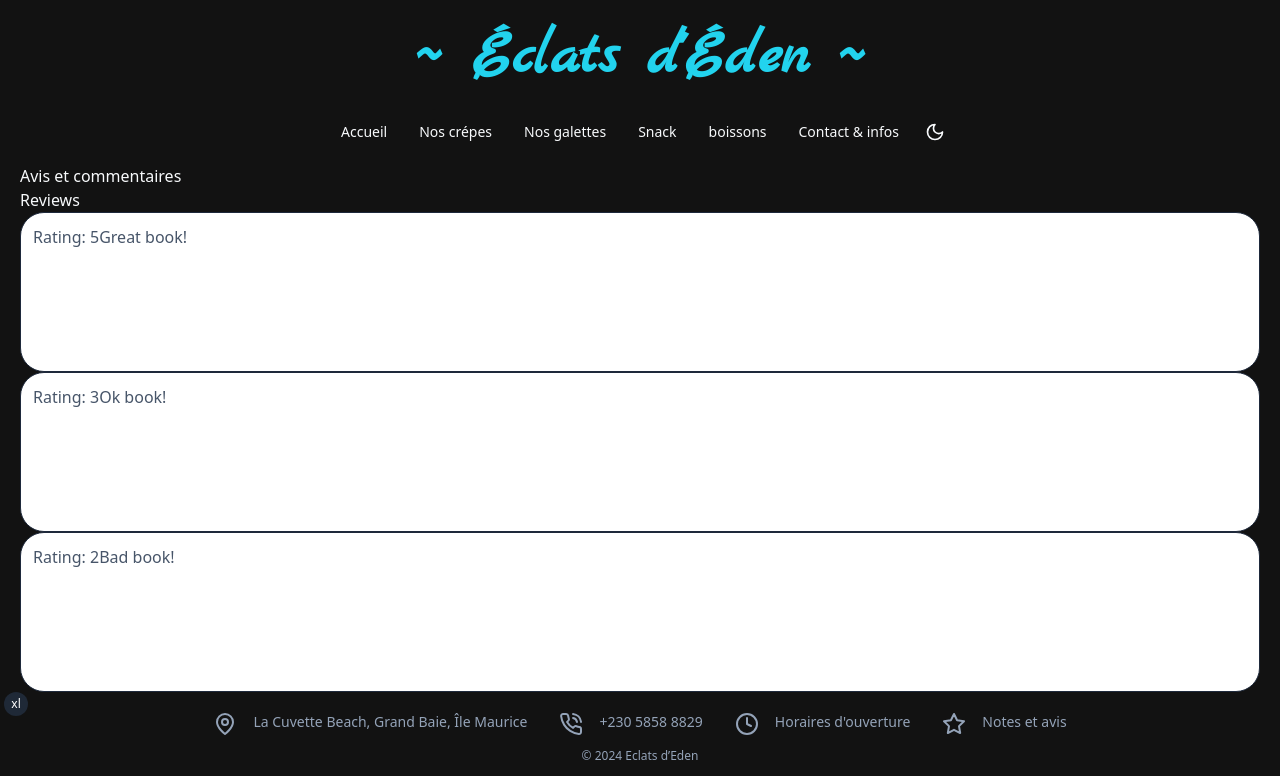
Repository: jeffMauritius/eclats-deden
Page: /reviews
An editor plug-in stored every save of this project. The page is shown before and after the next save, followed by the edit.
The browser window is 1280 px wide. The pictures show the whole page.
The project was rebuilt for these pictures with package versions that can differ from the ones it lists, and the page was loaded fresh each time. The framework's server and built-in components were replaced by stand-ins that run in the browser. Also part of the build but not shown: next.config.mjs.

Above is the page before, as saved 2024-08-13 12:36:54.

After the next save:
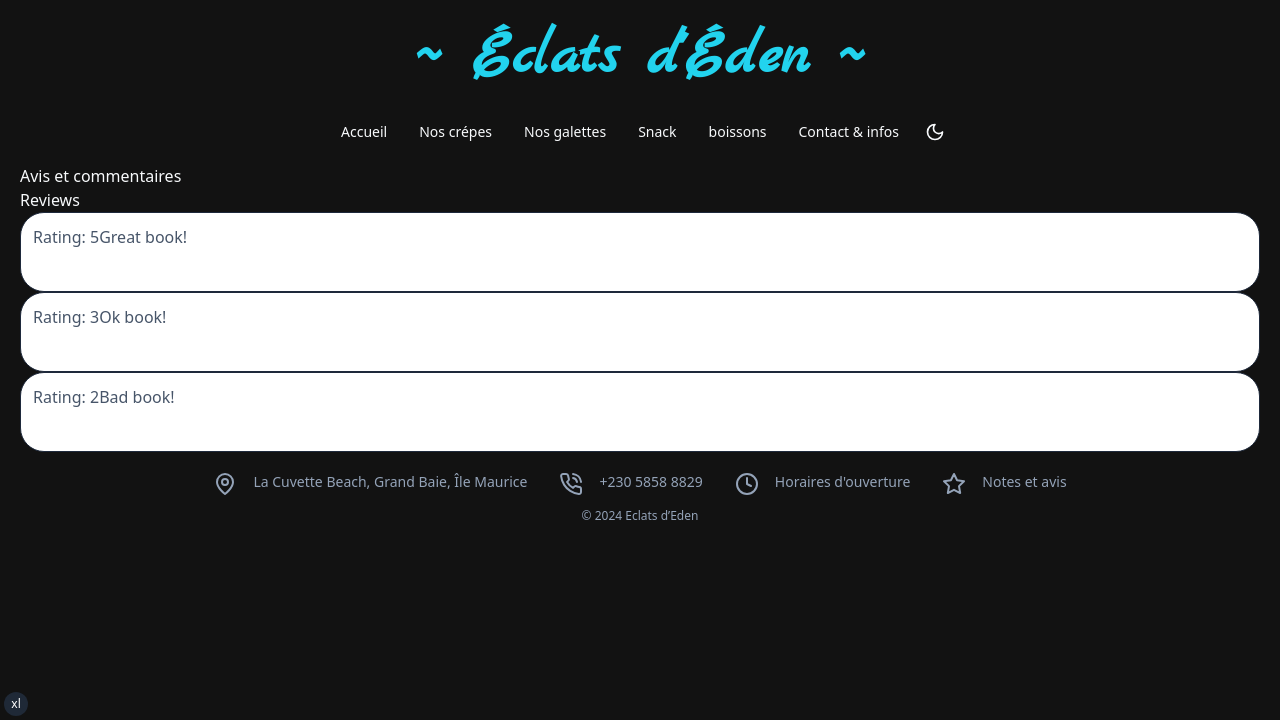
Saved 14 s later.
--- a/src/components/ReviewItem.tsx
+++ b/src/components/ReviewItem.tsx
@@ -4,7 +4,7 @@ type Review = {
 }
 const ReviewItem = ({ review }: { review: Review }) => {
   return (
-    <div className="flex min-h-40 rounded-3xl border bg-white p-3 text-slate-600">
+    <div className="flex min-h-20 rounded-3xl border bg-white p-3 text-slate-600">
       <h3>Rating: {review.rating}</h3>
       <p>{review.content}</p>
     </div>
